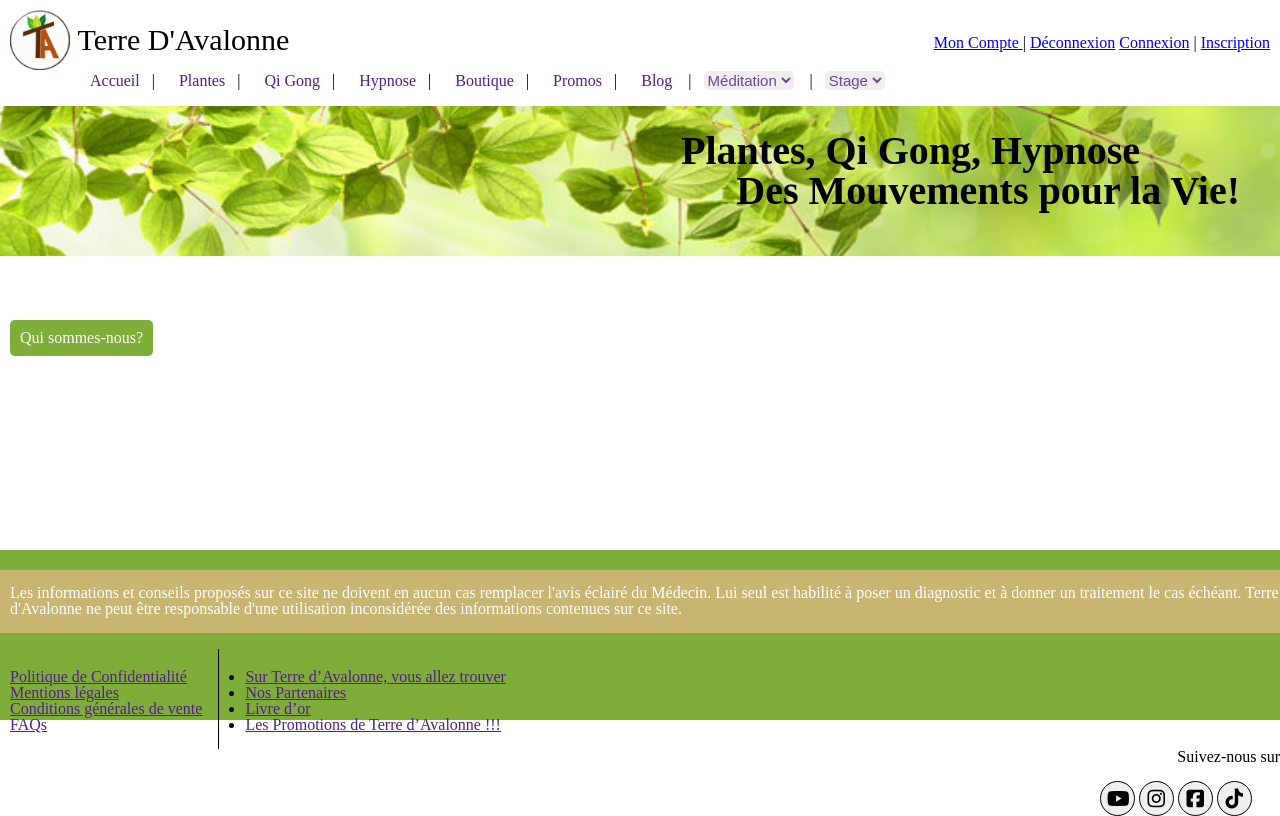
Repository: Michelhof1978/TerreDavalonne
Page: templates/base.html
The author's editor kept a copy of each file at every save. The page is drawn from the files as they stood at one save, then again after a run of saves.
The browser window is 1280 px wide. The pictures show the whole page.
Some web fonts or font styles are not loaded; a fallback is used. Some web libraries are served in a nearby version.

Above is the page before, as saved 2022-05-04 16:08:32.

### templates/base.html
<!DOCTYPE html>
<html lang="fr">

<head>
  <meta charset="UTF-8">
  <meta http-equiv="X-UA-Compatible" content="IE=edge">
  <meta name="viewport" content="width=device-width, initial-scale=1.0">
  <title>Newsletter</title>
  <link rel="stylesheet" href="/assets/reset.css" type="text/css">
  <script src="https://kit.fontawesome.com/a9becd4f18.js" crossorigin="anonymous"></script>
  <link rel="preconnect" href="https://fonts.googleapis.com">
  <link rel="preconnect" href="https://fonts.gstatic.com" crossorigin>
  <link
    href="https://fonts.googleapis.com/css2?family=Cairo:wght@500&family=Dancing+Script:wght@600;700&family=Ms+Madi&family=Updock&display=swap"
    rel="stylesheet">
</head>

<body>
  <header>
    <div style="float: left; padding:auto">
      <img class="logoTerreDavalonne" src="/assets/img/logoTerreDavalonne.png" alt="logo terre d'avalonne">
    </div>
    <div style="padding:10px">
      <h1 style="margin-top:15px">&nbspTerre D'Avalonne</h1>
    </div>

    <div class="login">

      <a href="{{path('account')}}">Mon Compte <small> </small></a> | <a href="{{path('app_logout')}}">Déconnexion</a>

      <a href="{{path('app_login')}}">Connexion</a> | <a href="{{path('registrer')}}">Inscription</a>

    </div>
    </div>


    <nav>
      <ul class="nav">
        <li class="nav-item">
          <a class="nav-link" href="">Accueil</a>&nbsp&nbsp&nbsp|
        </li>

        <li class="nav-item">
          <a class="nav-link" href="">Plantes</a>&nbsp&nbsp&nbsp|
        </li>

        <li class="nav-item">
          <a class="nav-link" href="">Qi Gong</a>&nbsp&nbsp&nbsp|
        </li>

        <li class="nav-item">
          <a href="">Hypnose</a>&nbsp&nbsp&nbsp|
        </li>

        <li class="nav-item">
          <a class="nav-link" href="">Boutique</a>&nbsp&nbsp&nbsp|
        </li>

        <li class="nav-item">
          <a class="nav-link" href="">Promos</a>&nbsp&nbsp&nbsp|
        </li>

        <li class="nav-item">
          <a class="nav-link" href="">Blog </a>&nbsp&nbsp&nbsp|&nbsp&nbsp
        </li>

        <select class=form-control>
          <option value=un>Méditation</option>
          <option value=deux>Deux</option>
          <option value=trois>Trois</option>
        </select>
        &nbsp&nbsp&nbsp|&nbsp&nbsp
        <select class=form-control>
          <option value=un>Stage</option>
          <option value=deux>Deux</option>
          <option value=trois>Trois</option>
        </select>
      </ul>

    </nav>




  </header>

  <div class="banniere">
    <div class="btn-banniere">
      <a class="link-banniere" href="">Qui sommes-nous?</a>
    </div>

    <div class="textBaniere ">Plantes, Qi Gong, Hypnose &nbsp&nbsp&nbsp&nbsp&nbsp&nbsp&nbsp&nbsp&nbsp<br>
      Des Mouvements pour la Vie!
    </div>
  </div>


















  <footer>
    <p class="warning"> Les informations et conseils proposés sur ce site ne doivent en aucun cas remplacer l'avis éclairé du Médecin.
      Lui seul est habilité à poser un diagnostic et à donner un traitement le cas échéant. Terre d'Avalonne ne peut être responsable d'une utilisation inconsidérée des informations contenues sur ce site.
    </p>
    <div style="display: flex;">
      <ul class="ulFooter">
        <li>
          <a href="">Politique de Confidentialité</a>
        </li>
        <li>
          <a href="">Mentions légales</a>
        </li>
        <li class>
          <a href="">Conditions générales de vente</a>
        </li>
        <li class>
          <a href="">FAQs</a>
        </li>
      </ul>
      <div class="footer-separator"></div>
      <ul class="ulFooter">
        <li>
          <a href="">Sur Terre d’Avalonne, vous allez trouver</a>
        </li>
        <li>
          <a href="">Nos Partenaires</a>
        </li>
        <li class>
          <a href="">Livre d’or</a>
        </li>
        <li class>
          <a href="">Les Promotions de Terre d’Avalonne !!!</a>
        </li>
      </ul>
    </div>

    <div class="reseaux">
      <p class="suivez-nous">Suivez-nous sur</p>
      <div class="reseauButton">
        <button class="reseaux1"><a href="https://www.youtube.com/results?search_query=terre+d%27avalonne" <i
            class="fa-brands fa-youtube" style="font-size:20px;text-decoration:none;color:black;"></i></a></button>
        <button class="reseaux2"><a href="https://www.instagram.com/terredavalonne/" <i class="fa fa-instagram"
            style="font-size:20px;text-decoration:none;color:black;"></i></a></button>
        <button class="reseaux3"><a href="https://www.facebook.com/Avalonne.naturopathe.lyon/" <i
            class="fa-brands fa-facebook-square"
            style="font-size:20px;text-decoration:none;color:black;"></i></a></button>
        <button class="reseaux4"><a href="https://www.tiktok.com/@terre_d_avalonne" <i class="fa-brands fa-tiktok"
            style="font-size:20px;text-decoration:none;color:black;"></i></a></button>

      </div>

  </footer>



</body>

<style>
  .logoTerreDavalonne {
    width: 60px;
    height: 60px;
    margin-left: 10px;
    margin-top: 10px;
  }

  h1 {
    font-size: 30px;
    margin: auto;
  }

  .login {
    text-align: end;
    color: black;
    text-decoration: none;
    margin-right: 10px;
    margin-top: -30px;
  }

  ul {
    padding-top: 20px;
    font-size: 1rem;

  }

  .nav-item {
    display: inline;
    padding-left: 20px;

  }

  nav a {
    text-decoration: none;
  }


  nav a:hover {
    color: #0d3d9e;
  }

  .form-control {
    border-radius: 5px;
    border: 0px solid;
    font-size: 15px;
    color: rgba(89, 37, 135, 0.845);
  }

  .banniere {
    background-image: url("/assets/img/BanniereProvisoir.jpg");
    background-size: 100%;
    height: 150px;

  }



  .textBaniere {

    padding-right: 40px;
    font-size: 40px;
    text-align: right;
    padding-top: 25px;
    font-weight: 600;
    font-family: 'Cairo', sans-serif;
    font-family: 'Dancing Script', cursive;
    font-family: 'Ms Madi', cursive;
    font-family: 'Updock', cursive;

  }

  .link-banniere{
    text-decoration: none;
    color: white;
  }

  .btn-banniere {

    background-color: #7FAD39;
    padding: 10px;
    border-radius: 5px;
    cursor: pointer;
    position: absolute;
    top: 43%;
    margin: 10px;
    text-decoration: none;
    color: white;

  }

  .btn-banniere:hover {
    background-color: #99f80a;
  }


  .reseauButton {
    padding-right: 28px;
  }

  footer {
    position: absolute;
    bottom: 0;
    width: 100%;
    height: 150px;
    background-color: #7FAD39;
    padding-top: 20px;
  }

  .warning{
    height: 3em;
    background-color: #C8B572 ;
    color: white;
    padding-top: 15px;
    padding-left: 10px;
    padding-right: ;
  }

  .ulFooter {
    text-align: left;
    padding-left: 10px;

  }



  .footer-separator {
    width: 1px;
    margin-left: 16px;
    margin-right: 16px;
    background-color: #000;
  }

  .reseaux {
    text-align: end;
  }

  .reseaux1,
  .reseaux2,
  .reseaux3,
  .reseaux4 {
    height: 35px;
    width: 35px;
    border-radius: 50%;
    border: 1px solid #000;
    text-align: end;
    padding-right: 8px;
  }

  .reseaux1:hover {

    background-color: rgba(224, 107, 107, 0.919);
  }

  .reseaux2:hover {
    background-color: rgba(168, 73, 168, 0.848);
  }

  .reseaux3:hover {
    background-color: rgba(63, 162, 189, 0.554);
  }

  .reseaux4:hover {
    background-color: rgb(230, 157, 12);
  }
</style>

</html>

### assets/reset.css

  html,
  body,
  div,
  span,
  applet,
  object,
  iframe,
  h1,
  h2,
  h3,
  h4,
  h5,
  h6,
  p,
  blockquote,
  pre,
  a,
  abbr,
  acronym,
  address,
  big,
  cite,
  code,
  del,
  dfn,
  em,
  img,
  ins,
  kbd,
  q,
  s,
  samp,
  small,
  strike,
  strong,
  sub,
  sup,
  tt,
  var,
  b,
  u,
  i,
  center,
  dl,
  dt,
  dd,
  ol,
  ul,
  li,
  fieldset,
  form,
  label,
  legend,
  table,
  caption,
  tbody,
  tfoot,
  thead,
  tr,
  th,
  td,
  article,
  aside,
  canvas,
  details,
  embed,
  figure,
  figcaption,
  footer,
  header,
  hgroup,
  menu,
  nav,
  output,
  ruby,
  section,
  summary,
  time,
  mark,
  audio,
  video {
    margin-left: 0;
    margin-right: 0;
    margin-top: 0;
    padding: 0;
    border: 0;
    font-size: 100%;
    font: inherit;
    vertical-align: baseline;
  }

  /* HTML5 display-role reset for older browsers */
  article,
  aside,
  details,
  figcaption,
  figure,
  footer,
  header,
  hgroup,
  menu,
  nav,
  section {
    display: block;
  }

  body {
    line-height: 1;
  }

After the next 2 saves:
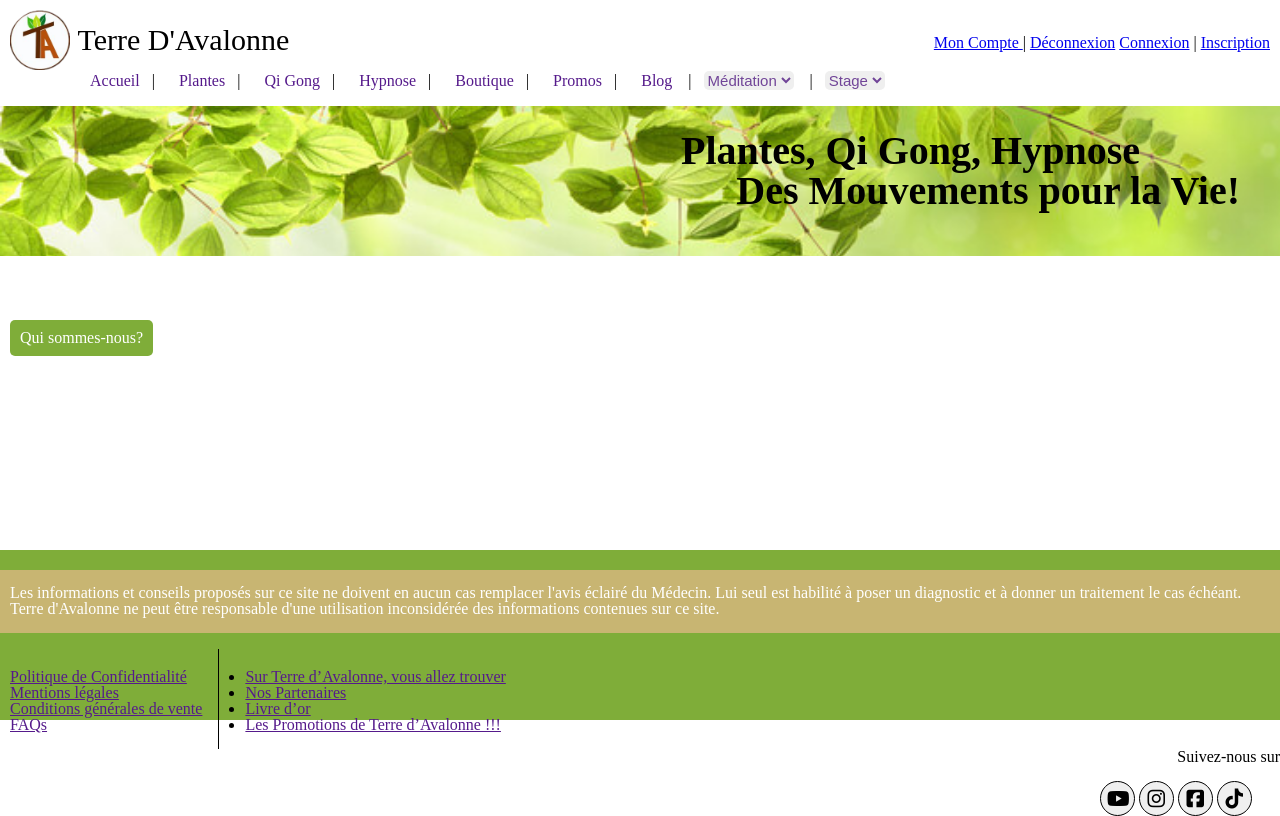
The 2 saves are shown as one change because they came seconds apart.
The last was saved 6 s later.
--- a/templates/base.html
+++ b/templates/base.html
@@ -283,7 +283,7 @@
     color: white;
     padding-top: 15px;
     padding-left: 10px;
-    padding-right: ;
+    padding-right: 10px;
   }
 
   .ulFooter {
